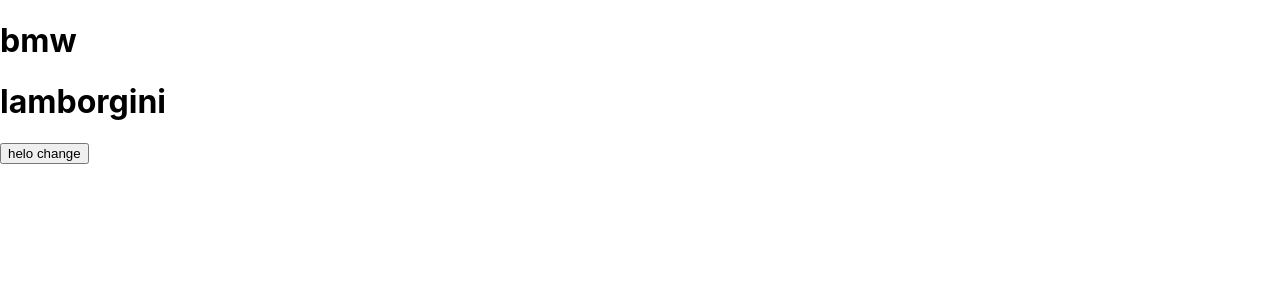
Repository: Rubin78/Firstairport
Page: /
These files come from the project's save history. The page is drawn as it stood at one moment and after the next save; the edit follows.
The browser window is 1280 px wide. The pictures show the whole page.
The project was rebuilt for these pictures with package versions that can differ from the ones it lists, and the page was loaded fresh each time.

Above is the page before, as saved 2021-03-12 14:44:57.

### src/App.js
// import React, { Component } from 'react';
// import { wait } from "@testing-library/react";

// class App extends Component {

// state={

//   loading:true,
//   person:false,
// }

// async componentDidMount(){

// const url = "https://api.randomuser.me/"
// const response = await fetch(url);
// const data = await response.json();
// this.setState({person:data.results[0],loading:false})

// }

//   render() {

//  if(this.state.loading){
// return<div>loading ....</div>

//  }

//  if(!this.state.person){
//   return<div>loadingnothing ....</div>

//    }
//     return (
//       <div>

//     <div>{this.state.person.title}</div>

//     <div>{this.state.person.name.first}</div>
//     <div>{this.state.person.name.last}</div>
//     <div>{this.state.person.gender}</div>
//     <div>{this.state.person.timezone}</div>

//   <img src= {this.state.person.picture.large} />
//         </div>
//     );
//   }
// }

// export default App;

// import { wait } from "@testing-library/react";
// import React from "react";

// export default class FetchRandomUser extends React.Component {

//   // async componentDidMount() {
//   //   const url = "https://api.randomuser.me/";
//   //   const response = await fetch(url);
//   //   const data = await response.json();
//   //   this.setState({ person: data.results[0], loading: false });
//   // }

//   state={
//     loading:true,
//     person:null,
//   }

//  async componentDidMount() {

//   const url = "https://api.randomuser.me/";
//   const response = await fetch(url);
//   const data = await response.json();
//   this.setState({person:data.results[0],loading:false})

//  }

//   render() {
//     // if (this.state.loading) {
//     //   return <div>loading...</div>;
//     // }

//     // if (!this.state.person) {
//     //   return <div>didn't get a person</div>;
//     // }

// if (this.state.loading) {
// return <div>loading ...</div>
// }

// if (!this.state.person) {
//   return <div>didnt get anything</div>
// }

//     return (

// <div>

// <div>{this.state.person.name.title}</div>
// <div>{this.state.person.name.first}</div>
// <div>{this.state.person.name.last}</div>
// <div>{this.state.person.gender}</div>
// <div>{this.state.person.address}</div>

// <img src={this.state.person.picture.large} />

// </div>
//     );
//   }
// }

// import React, { useState, useEffect } from "react";
// import axios from "axios";
// export default function APISession() {
//   const [data, setData] = useState([]);

//   useEffect(() => {
//     axios
//       .get("https://jsonplaceholder.typicode.com/users")
//       .then((response) => {
//         setData(response.data);
//       })

//       // .catch((error) => {
//       //   console.log(error);
//       // });
//   }, []);

//   console.log(data);

//   return (
//     <div>
//       {data &&
//         data.map((item) => (
//           <div key={item.id}>
//             {item.name} - {item.phone}
//           </div>
//         ))}
//       {/* {data[0] && <div>{JSON.stringify(data)}</div>} */}
//     </div>
//   );
// }
/*
import React, {useState,useEffect} from 'react';
import axios from "axios";

const App = () => {

  const [data ,setData] = useState([]);
  useEffect(()=> {
    axios.get("https://jsonplaceholder.typicode.com/users")
    .then((response) => {
      setData(response.data);

    })
  })
  return (
    <div>
      {data &&
        data.map((item) => (
          <div key={item.id}>
            {item.name} - {item.phone}
          </div>
        ))}
      {/* {data[0] && <div>{JSON.stringify(data)}</div>} */
/*  </div>
  );
};

export default App; */

/*
import React, { Component } from 'react'


export default class App extends Component {

  constructor(props) {
    super(props);

    this.state = {
      brand: "ford",
      company: "Snoop Technology",
    };
  }

  changeBrand = () => {
  alert("Great Shot!");

    this.setState({brand: "love "});
        this.setState({ company: "Snooper " });


  }

  render() {
const greeting = "welcome to amafh";
    return (
      <div>
        <div>{this.state.brand} </div>
        <div>{this.state.company} </div>
        <h2>I am a {greeting}</h2>


        <button onClick={this.changeBrand}>hello change</button>
      </div>
    );
  }
}


 */

/*  import React , {useState} from 'react';

 const App = () => {

   const [count, setCount] = useState(0);


   return (
     <div>
<p> this is my {count}</p>

<button onClick={() =>setCount(count+2)}> clickme </button></div>
   );
 };

 export default App;
 */

/* import React, { useState, useEffect } from "react";
import axios from "axios";
export default function APISession() {
  const [data, setData] = useState([]);



useEffect(()=>{

  axios.get("https://jsonplaceholder.typicode.com/users")
  .then((response) => {

    setData(response.data)
  })

.catch((error)=>{

  console.log(error);
})

})

  return (
    <div>


{data &&
data.map((item)=>(

  <div key={item.id}>

    {item.name}
  </div>
))}

    </div>
  );

        }




 */

/*  get data ====================================================== >
 */

/*

import React, { useState, useEffect } from "react";
import axios from "axios";

const App = () => {
  const [data, setData] = useState([]);

  useEffect(() => {
    axios
      .get("https://jsonplaceholder.typicode.com/users")
      .then((response) => {
        setData(response.data);
      })

      .catch((error) => {
        console.log(error);
      });
  });

  return (
    <div>
      {data &&
        data.map((item) => (
          <div key={item.id}>

            {item.name} -{item.phone} -{item.city}


          </div>
        ))}
    </div>
  );
};

export default App; */

/*   <======================================================================using state and changing the data value==========================================>*/

/*
import React, { Component } from 'react'

export default class App extends Component {
  constructor(props) {
    super(props);
    this.state = {
      company: "Snoop Technology",
      profile: "developer",
    };
  }

  changeData=()=>{

    this.setState({
      company: "Snoopeer Technology",
      profile: "developer as a junior",
    });
  }


  render() {
    return (
      <div>
        <h1> Currently m working in {this.state.company}</h1>
        <h1>My profile is {this.state.profile}</h1>

        <button onClick={this.changeData}> hello </button>
      </div>
    );
  }
}
 */

/* <parent to child data transfer=========================>
 */
/*
import React, { Component } from 'react'
import Home from "../src/Home";
export default class App extends Component {
 */

/*   render() {
 */


/*     const data = "there should be som data";

    return (
      <div>

        <Home data={data} />
      </div>
    )
  }
}
 */

/* using hooks how to change or update the values =====================================> */

/* rmber when we are using functional component we dont have to use this .state in button section */

/*
import React,{useState} from 'react';

const App = () => {


  const [name, setName] = useState("changing data");



  const hancleClick=()=>{

    setName(" yes you have change the data");
  }
  return (
    <div>
    <h1>  {name} </h1>



      <button onClick ={hancleClick}> hello </button>
    </div>
  );
};

export default App; */







/*




import React, { useState, useEffect } from "react";
import axios from "axios";

const App = () => {
  const [data, setData] = useState([]);

  useEffect(() => {
   axios
     .put("https://jsonplaceholder.typicode.com/posts/1", {
       id: 1,
       title: "foo",
       body: "rubin",
       userId: 1,
     },


     )



     axios.put("https://jsonplaceholder.typicode.com/posts/2", {
       id: 2,
       title: "solo",
       body: "dodod",
       userId: 2,
     },
     )
     .then((response) => {
       setData(response.data);
     })

     .catch((error) => {
       console.log(error);
     });


      console.log(data)
  });

  return (
    <div>

    </div>
  );
};

export default App;  */




/* event in react  ============>
 */


/* remember if ur using the event in functional component then u have to use (function)  eg function shoot(){

}
 */

/* import React, { useState } from 'react';

const App = () => {

  const [name, setName] = useState("shaun");

function shoot() {
alert("hello");
setName("rubin");
}
  return (
    <div>
      <h1>{name}</h1>
      <button onClick = {shoot}  > shoot a shot </button>
    </div>
  );
};

export default App;11 */




/* rember if ur using class component then u can make this by simply using this.
 */
import React, { Component } from 'react'

export default class App extends Component {

  constructor(props) {
    super(props);


    this.state = {
      brand: "bmw",

      car: "lamborgini",
    };
  }

  changeWords() {
    alert("this is good to go");

  }
  render() {
    return (
      <div>
        <h1>{this.state.brand}</h1>
        <h1>{this.state.car}</h1>
        <button onClick={this.changeWords}>helo change </button>
      </div>
    );
  }
}

Loaded but not shown: public/index.html (common file); src/index.js (common file); src/index.css (common file); src/serviceWorker.js (common file)

After the next save:
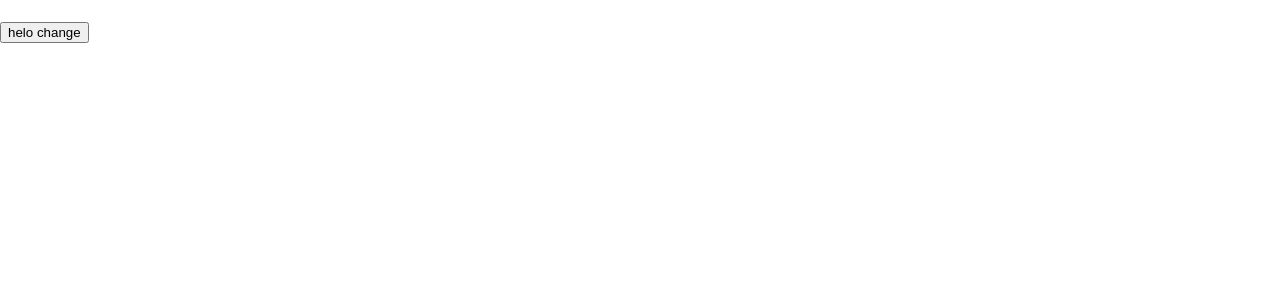
Saved 66 s later.
--- a/src/App.js
+++ b/src/App.js
@@ -359,7 +359,6 @@
 /*   render() {
  */
 
-
 /*     const data = "there should be som data";
 
     return (
@@ -402,12 +401,6 @@
 };
 
 export default App; */
-
-
-
-
-
-
 
 /*
 
@@ -462,12 +455,8 @@
 
 export default App;  */
 
-
-
-
 /* event in react  ============>
  */
-
 
 /* remember if ur using the event in functional component then u have to use (function)  eg function shoot(){
 
@@ -494,29 +483,27 @@
 
 export default App;11 */
 
-
-
-
 /* rember if ur using class component then u can make this by simply using this.
  */
-import React, { Component } from 'react'
+import React, { Component } from "react";
 
 export default class App extends Component {
-
   constructor(props) {
     super(props);
 
-
     this.state = {
-      brand: "bmw",
-
-      car: "lamborgini",
+      company: "Snop Technology",
+      profile: "developer as a junior",
     };
   }
 
   changeWords() {
     alert("this is good to go");
 
+    this.setState({
+      company: "Snoopeer Technology",
+      profile: "developer as a junior",
+    });
   }
   render() {
     return (
